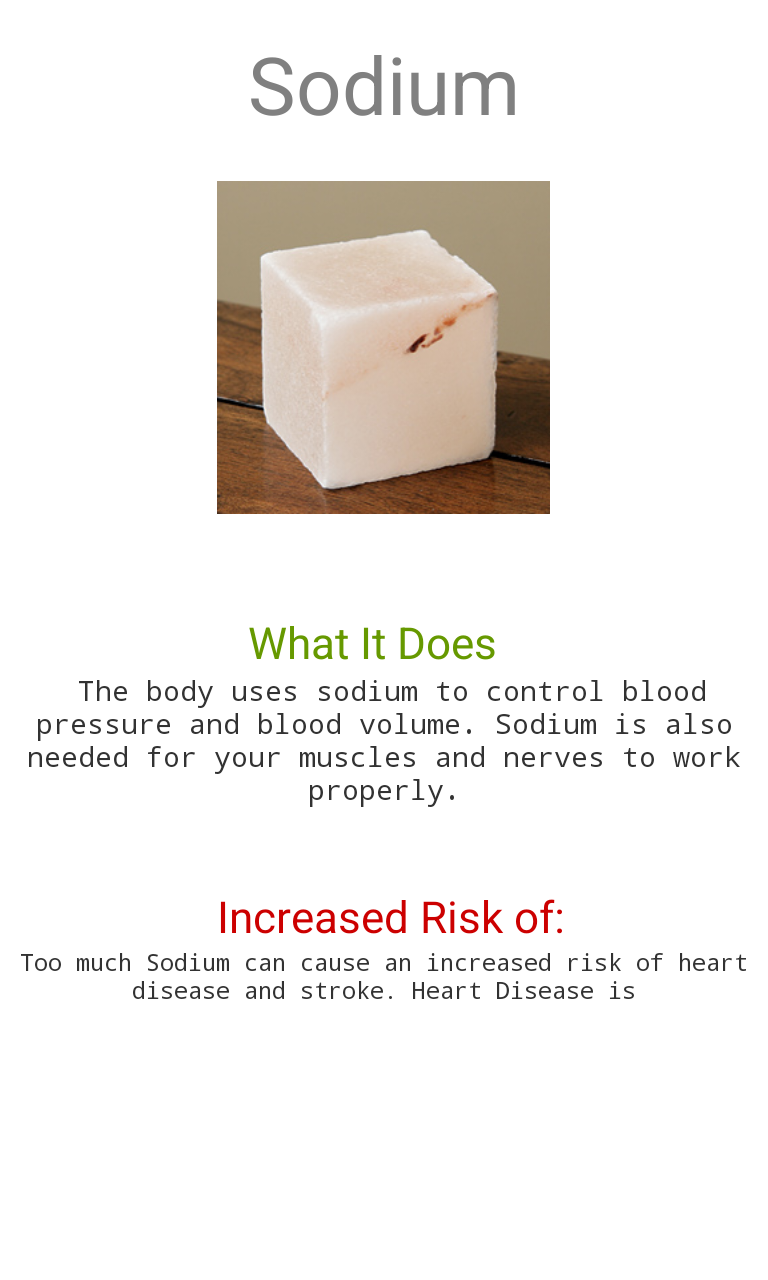
Repository: sehmon/workspace-eclipse
Layout: WhatAmIEating/res/layout/activity_detail.xml
An editor plug-in stored every save of this project. The layout is shown before and after the next save, followed by the edit.
It is drawn on a 768 x 1280 px phone screen (xhdpi) without system bars, with theme android:Theme.Holo.Light.NoActionBar.Fullscreen; the app's code is not run.

Above is the layout before, as saved 2014-04-13 16:18:06.

### WhatAmIEating/res/layout/activity_detail.xml
<RelativeLayout xmlns:android="http://schemas.android.com/apk/res/android"
    xmlns:tools="http://schemas.android.com/tools"
    android:id="@+id/container"
    android:layout_width="match_parent"
    android:layout_height="match_parent"
    android:orientation="vertical" >

    <TextView
        android:id="@+id/textView2"
        android:layout_width="wrap_content"
        android:layout_height="wrap_content"
        android:layout_alignParentTop="true"
        android:layout_centerHorizontal="true"
        android:layout_marginTop="15dp"
        android:text="Sodium"
        android:textAppearance="?android:attr/textAppearanceLarge"
        android:textColor="#808080"
        android:textSize="40dp" />

    <TextView
        android:id="@+id/textView1"
        android:layout_width="wrap_content"
        android:layout_height="wrap_content"
        android:layout_alignLeft="@+id/textView2"
        android:layout_below="@+id/imageView1"
        android:layout_marginTop="49dp"
        android:text="What It Does"
        android:textAppearance="?android:attr/textAppearanceLarge"
        android:textColor="#669900" />

    <TextView
        android:id="@+id/textView3"
        android:layout_width="wrap_content"
        android:layout_height="wrap_content"
        android:layout_below="@+id/textView1"
        android:layout_centerHorizontal="true"
        android:gravity="center_horizontal"
        android:text=" The body uses sodium to control blood pressure and blood volume. Sodium is also needed for your muscles and nerves to work properly."
        android:typeface="monospace" />

    <ImageView
        android:id="@+id/imageView1"
        android:layout_width="wrap_content"
        android:layout_height="wrap_content"
        android:layout_below="@+id/textView2"
        android:layout_centerHorizontal="true"
        android:layout_marginTop="22dp"
        android:src="@drawable/salt" />

    <TextView
        android:id="@+id/textView5"
        android:layout_width="wrap_content"
        android:layout_height="wrap_content"
        android:layout_alignParentLeft="true"
        android:layout_below="@+id/textView4"
        android:gravity="center_horizontal"
        android:text="Too much Sodium can cause an increased risk of heart disease and stroke. Heart Disease is"
        android:textSize="12sp"
        android:typeface="monospace" />

    <TextView
        android:id="@+id/textView4"
        android:layout_width="wrap_content"
        android:layout_height="wrap_content"
        android:layout_alignLeft="@+id/imageView1"
        android:layout_below="@+id/textView3"
        android:layout_marginTop="39dp"
        android:text="Increased Risk of:"
        android:textAppearance="?android:attr/textAppearanceLarge"
        android:textColor="#CC0000" />

</RelativeLayout>

After the next save:
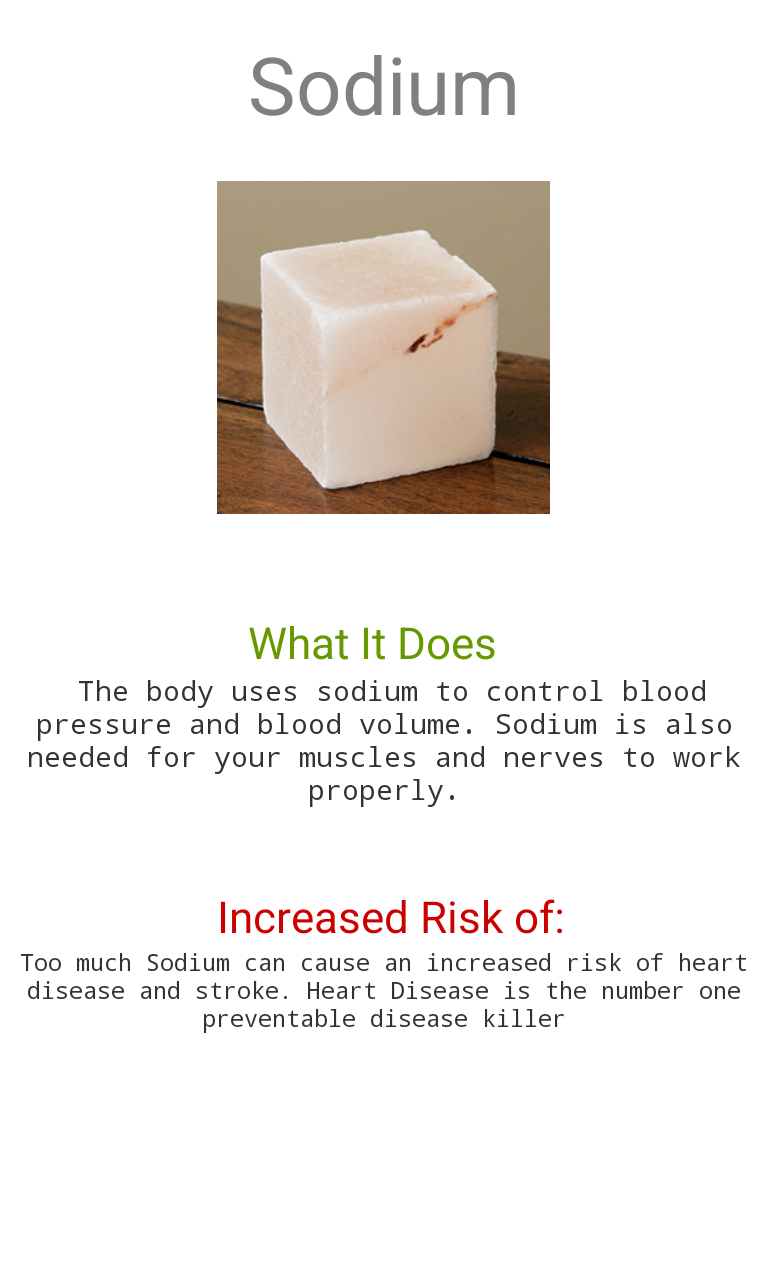
Saved 37 min 40 s later.
--- a/WhatAmIEating/res/layout/activity_detail.xml
+++ b/WhatAmIEating/res/layout/activity_detail.xml
@@ -54,7 +54,7 @@
         android:layout_alignParentLeft="true"
         android:layout_below="@+id/textView4"
         android:gravity="center_horizontal"
-        android:text="Too much Sodium can cause an increased risk of heart disease and stroke. Heart Disease is"
+        android:text="Too much Sodium can cause an increased risk of heart disease and stroke. Heart Disease is the number one preventable disease killer"
         android:textSize="12sp"
         android:typeface="monospace" />
 
